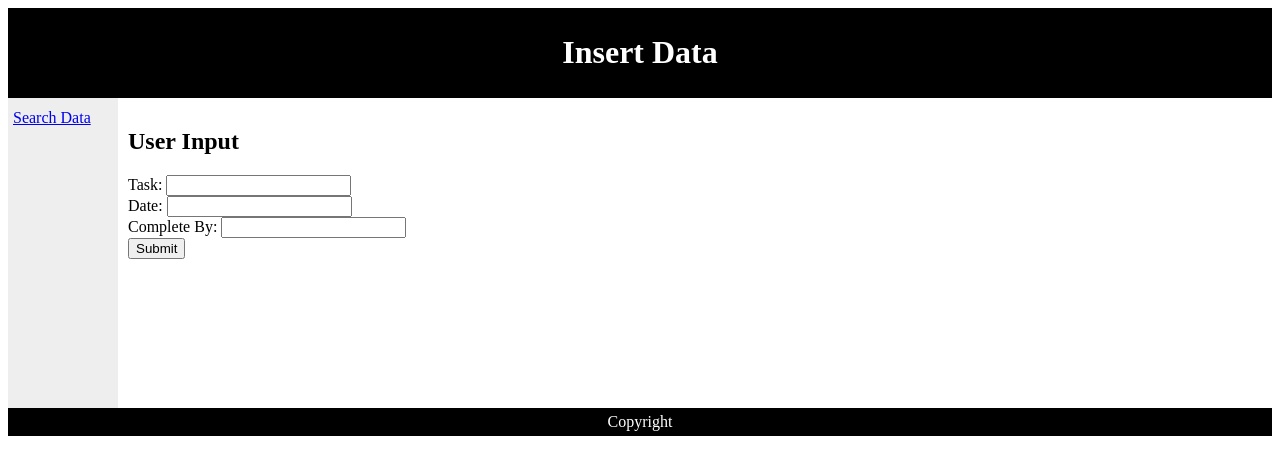
Repository: huappy/Tech-Exercise
Page: workspace4830-Tech_Exercise-Hausman/Tech_Exercise_Hausman/src/main/webapp/insert_hausman.html
These files come from the project's save history. The page is drawn as it stood at one moment and after the next save; the edit follows.
The browser window is 1280 px wide. The pictures show the whole page.

Above is the page before, as saved 2023-03-22 05:06:03.

### workspace4830-Tech_Exercise-Hausman/Tech_Exercise_Hausman/src/main/webapp/insert_hausman.html
<html>
<head>
<style>
header {
    background-color:black;
    color:white;
    text-align:center;
    padding:5px;
}
nav {
    line-height:30px;
    background-color:#eeeeee;
    height:300px;
    width:100px;
    float:left;
    padding:5px;
}
section {
    width:350px;
    float:left;
    padding:10px;
}
footer {
    background-color:black;
    color:white;
    clear:both;
    text-align:center;
    padding:5px;
}
</style>
</head>

<body>
<header>
<h1> Insert Data </h1>
</header>

<nav>
<a href="/Tech_Exercise_Hausman/src/main/webapp/search_hausman.html">Search Data</a> <br>
</nav>

<section>
	<h1>User Input</h1>

	<form action="SimpleFormInsert" method="POST">

		Task: <input type="text" name="task"> <br />
		Date: <input type="text" name="date"> <br />
		Complete By: <input type="text" name="complete_by"> <br />


		<input type="submit" value="Submit" />
	</form>

</section>

<footer>
Copyright
</footer>
</body>
</html>

After the next save:
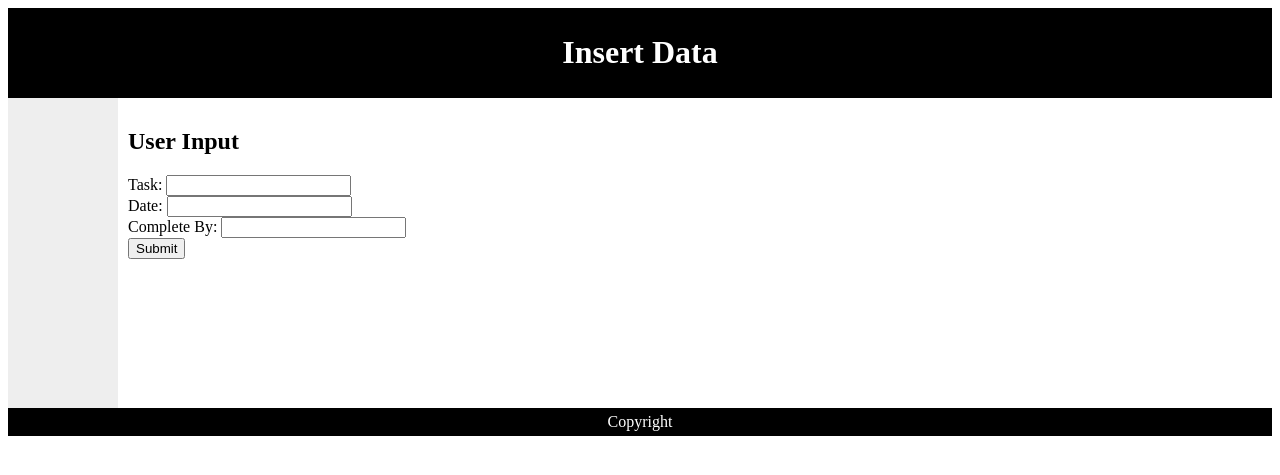
Saved 2 min 48 s later.
--- a/workspace4830-Tech_Exercise-Hausman/Tech_Exercise_Hausman/src/main/webapp/insert_hausman.html
+++ b/workspace4830-Tech_Exercise-Hausman/Tech_Exercise_Hausman/src/main/webapp/insert_hausman.html
@@ -36,13 +36,13 @@ footer {
 </header>
 
 <nav>
-<a href="/Tech_Exercise_Hausman/src/main/webapp/search_hausman.html">Search Data</a> <br>
+
 </nav>
 
 <section>
 	<h1>User Input</h1>
 
-	<form action="SimpleFormInsert" method="POST">
+	<form action="InsertTask" method="POST">
 
 		Task: <input type="text" name="task"> <br />
 		Date: <input type="text" name="date"> <br />
